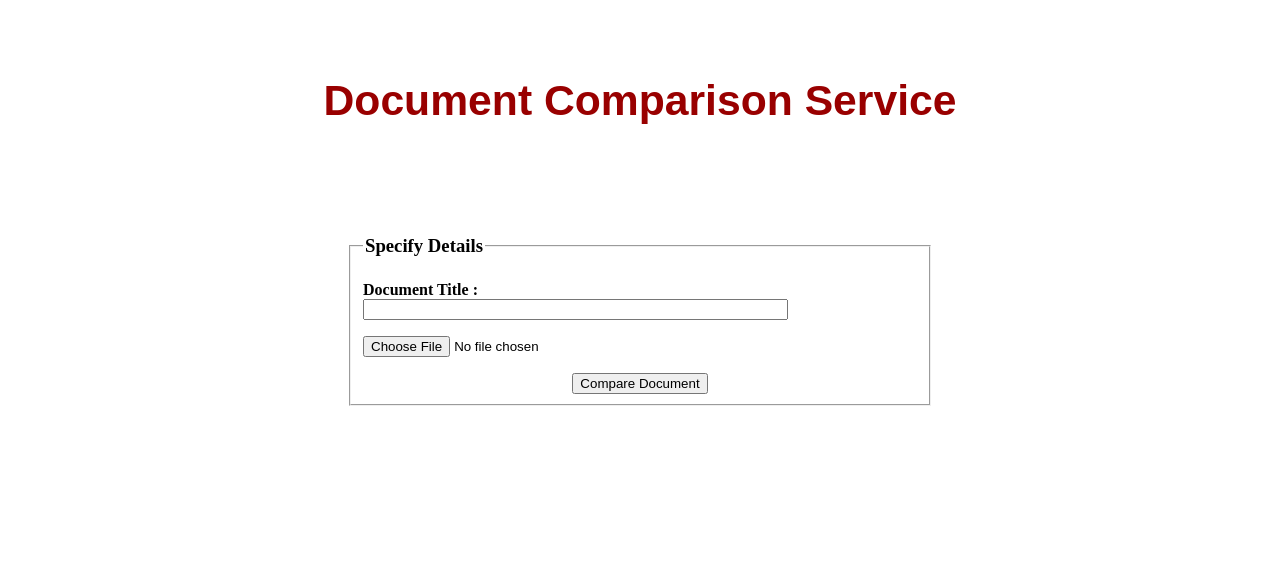
Repository: DonalMcGahon/A-JEE-Application-for-Measuring-Document-Similarity
Page: http://localhost/JEE_Project/
The author's editor kept a copy of each file at every save. The page is drawn from the files as they stood at one save, then again after the next save.
The browser window is 1280 px wide. The pictures show the whole page.
The page is served by Tomcat 9.

Above is the page before, as saved 2018-01-02 23:47:31.

After the next save:
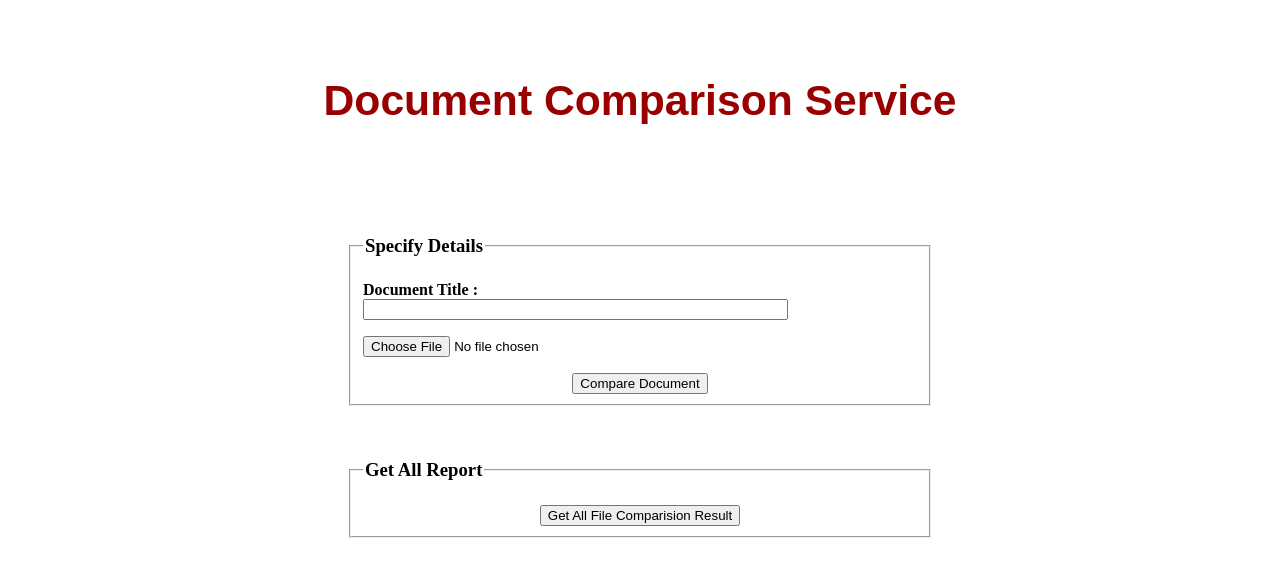
Saved 7 min 56 s later.
--- a/JEE Project/WebContent/index.jsp
+++ b/JEE Project/WebContent/index.jsp
@@ -8,18 +8,24 @@
 	<tr>
 		<td valign="top">
 
-			<form bgcolor="white" method="POST" enctype="multipart/form-data" action="doProcess">
+			<form bgcolor="white" class="form-panel" method="POST" enctype="multipart/form-data" action="doProcess">
 				<fieldset>
 					<legend><h3>Specify Details</h3></legend>
 
 					<b>Document Title :</b><br>
-					<input name="txtTitle" type="text" size="50"/>
+					<input name="txtTitle" required="required"  type="text" size="50"/>
 					<p/>
-					<input type="file" name="txtDocument"/>
-					<center><input type="submit" value="Compare Document"></center>
+					<input type="file"  required="required"   name="txtDocument"/>
+					<center><input  class="button"  type="submit" value="Compare Document"></center>
 				</fieldset>
 			</form>
-
+	<br/>
+		<form bgcolor="white" method="POST"  class="form-panel"  enctype="multipart/form-data" action="doGetResult">
+				<fieldset>
+					 <legend><h3>Get All Report</h3></legend>
+					<center><input class="button" type="submit" value="Get All File Comparision Result"></center>
+				</fieldset>
+			</form>
 
 		</td>
 	</tr>
